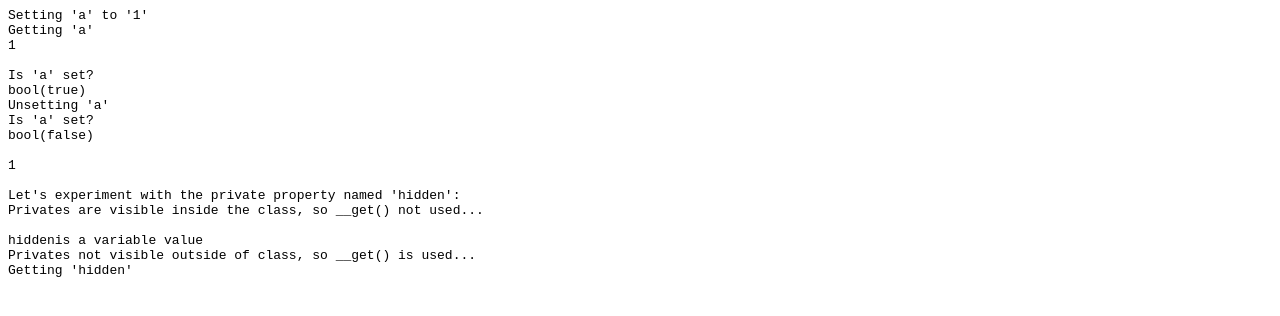
Repository: jyotsna1234/bugappmvc
Page: http://localhost/overloading.php
These files come from the project's save history. The page is drawn as it stood at one moment and after the next save; the edit follows.
The browser window is 1280 px wide. The pictures show the whole page.
The page is run by PHP 8.4 with error messages shown; the project is at /var/www/html/.

Above is the page before, as saved 2014-04-09 04:04:55.

After the next save:
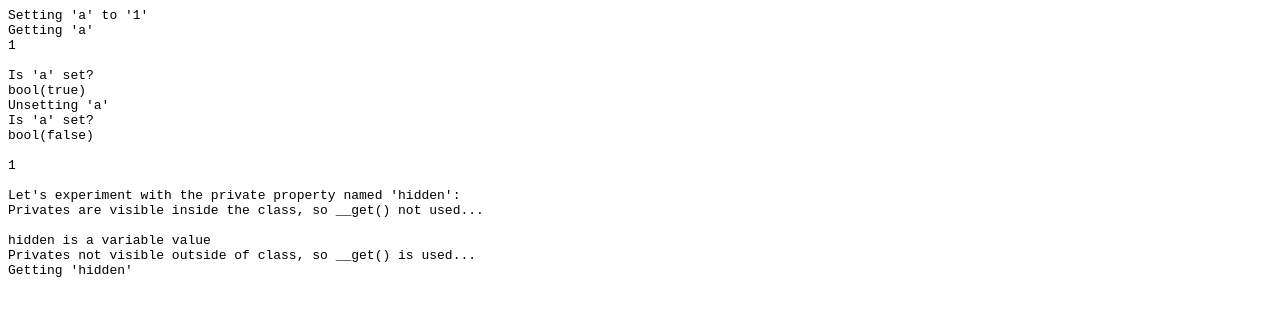
Saved 13 s later.
--- a/oops_php/overloading.php
+++ b/oops_php/overloading.php
@@ -66,7 +66,7 @@ echo $obj->declared . "\n\n";
 
 echo "Let's experiment with the private property named 'hidden':\n";
 echo "Privates are visible inside the class, so __get() not used...\n<br>";
-echo $obj->getHidden() .  "is a variable value"."\n";
+echo $obj->getHidden() .  " is a variable value"."\n";
 echo "Privates not visible outside of class, so __get() is used...\n";
 echo $obj->hidden . "\n";
 
